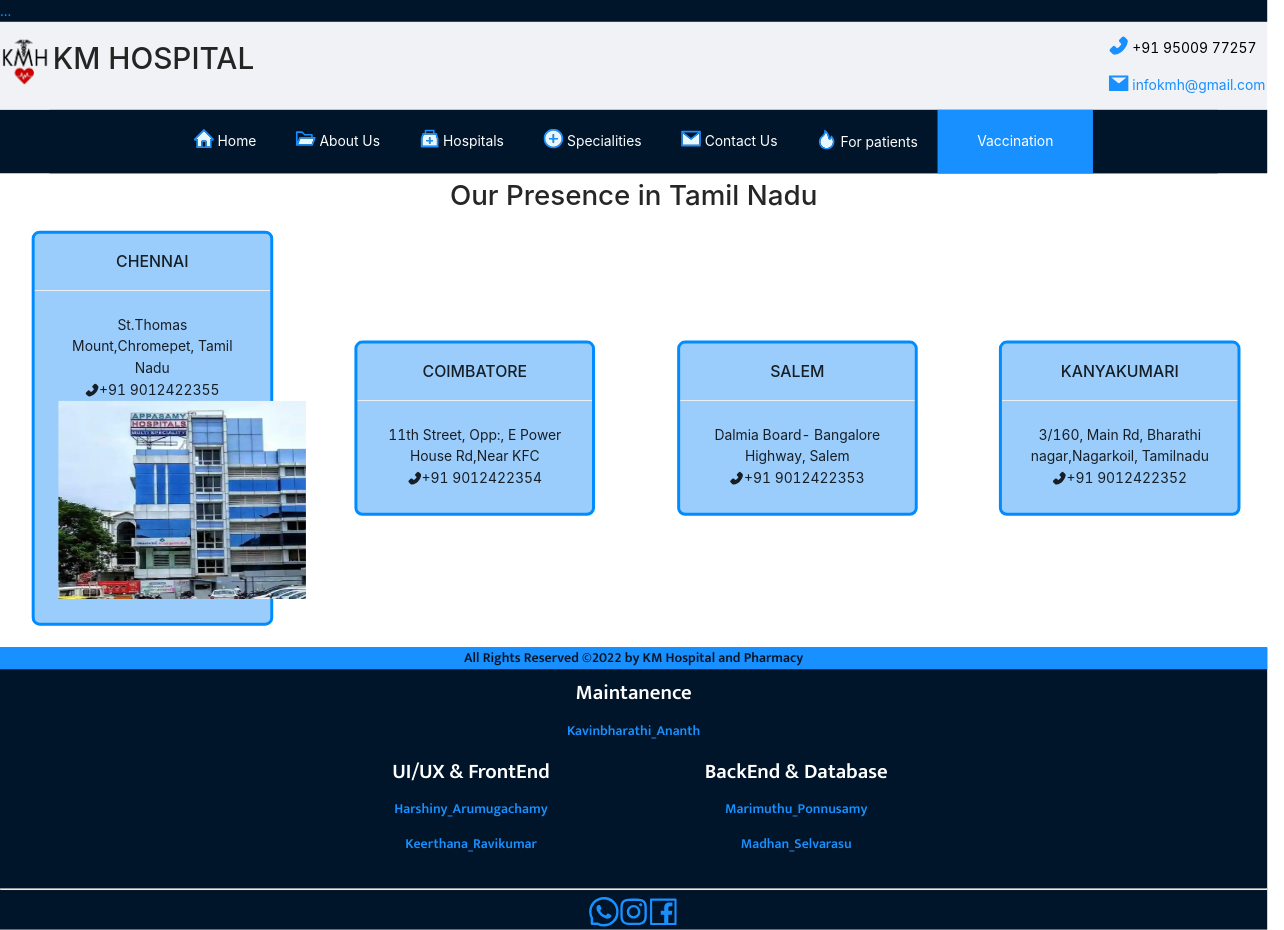
Repository: marimuthu1001/KHM-hospital
Page: /hospitals (app in km-hospital/)
These files come from the project's save history. The page is drawn as it stood at one moment and after the next save; the edit follows.
The browser window is 1280 px wide. The page is 1297 px wide, so the pictures cover 1297 px, including what lies to the right of the window. The pictures show the whole page, at 99% of full size.
The project was rebuilt for these pictures with package versions that can differ from the ones it lists, and the page was loaded fresh each time. Also part of the build but not shown: km-hospital/src/firebase.js, km-hospital/src/Pages/Home.jsx, km-hospital/src/Pages/ContactUs.jsx, km-hospital/src/Pages/AboutUS.jsx, km-hospital/src/Styles/Specialities.module.css, km-hospital/src/Pages/Specialities.jsx, km-hospital/src/Pages/For Patients/Bmi_Calculator.jsx, km-hospital/src/Styles/Appointment.module.css and 3 more.

Above is the page before, as saved 2022-01-27 15:18:15.

### km-hospital/public/index.html
<!DOCTYPE html>
<html lang="en">
  <head>
    <meta charset="utf-8" />
    <link rel="icon" href="%PUBLIC_URL%/favicon.ico" />
    <meta name="viewport" content="width=device-width, initial-scale=1" />
    <meta name="theme-color" content="#000000" />
    <meta
      name="description"
      content="Web site created using create-react-app"
    />
    <link rel="apple-touch-icon" href="%PUBLIC_URL%/logo192.png" />
    <!--
      manifest.json provides metadata used when your web app is installed on a
      user's mobile device or desktop. See https://developers.google.com/web/fundamentals/web-app-manifest/
    -->
    <link rel="manifest" href="%PUBLIC_URL%/manifest.json" />
    <!--
      Notice the use of %PUBLIC_URL% in the tags above.
      It will be replaced with the URL of the `public` folder during the build.
      Only files inside the `public` folder can be referenced from the HTML.

      Unlike "/favicon.ico" or "favicon.ico", "%PUBLIC_URL%/favicon.ico" will
      work correctly both with client-side routing and a non-root public URL.
      Learn how to configure a non-root public URL by running `npm run build`.
    -->
    <title>KM HOSPITAL | HOME</title>
  </head>
  <body>
    <noscript>You need to enable JavaScript to run this app.</noscript>
    <div id="root"></div>
    <!--
      This HTML file is a template.
      If you open it directly in the browser, you will see an empty page.

      You can add webfonts, meta tags, or analytics to this file.
      The build step will place the bundled scripts into the <body> tag.

      To begin the development, run `npm start` or `yarn start`.
      To create a production bundle, use `npm run build` or `yarn build`.
    -->
  </body>
</html>

### km-hospital/src/index.js
import React from 'react';
import ReactDOM from 'react-dom';
import 'antd/dist/antd.min.css'
import './index.css'
import App from './App';


ReactDOM.render(
  <React.StrictMode>
    <App />
  </React.StrictMode>,
  document.getElementById('root')
);

### km-hospital/src/index.css
@import '~antd/dist/antd.css';

.ant-menu:not(.ant-menu-horizontal) .ant-menu-item-selected {
	background: transparent;
}

.ant-menu{
    background: red;
    }

### km-hospital/src/App.js
import Nav from  './components/Nav'
import Footer from './components/Footer'
import Home from './Pages/Home'
import ContactUs from './Pages/ContactUs'
import AboutUs from './Pages/AboutUS'
import Specialities from './Pages/Specialities'
import BmiCalculator from './Pages/For Patients/Bmi_Calculator'
import Appointment from './Pages/For Patients/BookAppointment'
import Hospitals from './Pages/Hospitals'
import {BrowserRouter as Router, Route,Routes} from 'react-router-dom'

import Feedback from './Pages/Feedback'

function App() {
  return (
    <Router>
        <div className="App">
          <Nav/>
          <Routes>
            <Route exact path="/" element={<Home/>}/>
            <Route exact path="/contactus" element={<ContactUs/>}/>
            <Route exact path="/aboutus" element={<AboutUs/>}/>
            <Route exact path="/specialities" element={<Specialities/>}/>
            <Route exact path="/bmicalculator" element={<BmiCalculator/>}/>
            <Route exact path="/bookappointment" element={<Appointment/>}/>
            <Route exact path="/hospitals" element={<Hospitals/>}/>
            <Route exact path="/feedback" element={<Feedback/>}/>
          </Routes>

          <Footer/>
        </div>
    </Router>

  );
}

export default App;

### km-hospital/src/components/Nav.jsx
import React from 'react'

import Styles from '../Styles/Nav.module.css'
import { Layout, Menu, Dropdown,Row,Col } from 'antd';
import Logo from '../Images/Logo.png'

import {HomeTwoTone,
    FolderOpenTwoTone,
    MedicineBoxTwoTone,
    PlusCircleTwoTone,
    FireTwoTone ,
    MailTwoTone,
    PhoneFilled,
    MailFilled,

    } from '@ant-design/icons'

function Nav() {
  const menu = (
    <Menu>

            <Menu.Item key="1">Covid Dose</Menu.Item>
            <Menu.Item key="2">Covid Booster</Menu.Item>
            <Menu.Item key="3">Polio Vaccine</Menu.Item>
            <Menu.Item key="4">Chicken pox Vaccine</Menu.Item>
      </Menu>
  )
const patients = (
  <Menu>
         <a href="bmicalculator"> <Menu.Item key="1">Health Checkup Package</Menu.Item></a>
         <a href="bmicalculator"><Menu.Item key="2">Medicines</Menu.Item></a>
          <a href="bmicalculator"><Menu.Item key="3">Symptoms</Menu.Item></a>
          <a href="/bookappointment"> <Menu.Item key="4">Book an Appointment</Menu.Item></a>
          <a href="bmicalculator"><Menu.Item key="5">BMI Calculator</Menu.Item></a>

    </Menu>

  )

  const { Header} = Layout;
    return (

      <Layout>
        <p className={Styles.line}>...</p>
        <div className={Styles.head} >
            <Row gutters={[16,16]}>
              <Col md={{span:2}} lg={{span:1}}>
              <div className="logo">
              <img src={Logo} alt="Logo" widht={50} height={50}/>
            </div>
              </Col>
              <Col md={{span:6}} lg={{span:4}}>
              <h1>KM HOSPITAL</h1>
              </Col>
              <Col md={{span:8}} lg={{span:16}}></Col>
              <Col md={{span:5}} lg={{span:3}}>
              <div className={Styles.contactHead}>
                <p style={{color:'black'}}><PhoneFilled  style= {{ fontSize: '20px',color: '#1890ff'  }} />&nbsp;+91 95009 77257</p>
                <p><a href="mailto:infokmh@gmail.com"><MailFilled style= {{ fontSize: '20px',color: '#1890ff'  }} />&nbsp;infokmh@gmail.com</a></p>
               </div>
              </Col>
            </Row>
        </div>



      <Header className="header">
      <div className="menubar">
        <Menu style={{
            position: 'relative',
            display: 'flex',
            justifyContent: 'center',

        }} theme="dark" mode="horizontal" defaultSelectedKeys={['1']}>
     <a href="/">
          <Menu.Item key="7"><HomeTwoTone style={{fontSize:20}}/>&nbsp;Home</Menu.Item>
     </a>
     <a href="/aboutus">
          <Menu.Item key="2"><FolderOpenTwoTone style={{fontSize:20}}/>&nbsp;About Us</Menu.Item>
     </a>
     <a href="/hospitals">
          <Menu.Item key="3"><MedicineBoxTwoTone style={{fontSize:20}}/>&nbsp;Hospitals</Menu.Item>
     </a>
     <a href="/specialities">
          <Menu.Item key="4"><PlusCircleTwoTone style={{fontSize:20}}/>&nbsp;Specialities</Menu.Item>
     </a>
     <a href="/contactus">
          <Menu.Item  key="6"> <MailTwoTone style={{fontSize:20}}/>&nbsp;Contact Us</Menu.Item>
     </a>
          <Dropdown  overlay={patients} placement="topCenter">
              <Menu.Item key="5"><FireTwoTone style={{fontSize:20}}/>&nbsp;For patients</Menu.Item>
          </Dropdown>

          <Menu.Item key="1">
          <Dropdown  overlay={menu} placement="topCenter">
                    <Menu.Item>Vaccination</Menu.Item>
          </Dropdown>
          </Menu.Item>


        </Menu>  </div>
      </Header>


        </Layout>


    )
}

export default Nav

### km-hospital/src/components/Footer.jsx
import React from 'react'
import Styles from '../Styles/Footer.module.css'
import { Row, Col } from 'antd';
import {WhatsAppOutlined,
    InstagramOutlined,
    FacebookOutlined} from '@ant-design/icons'
function Footer() {
    return (
        <div  >
            <div className={Styles.footer}>


                <div className={Styles.footerContent}>
                    <div sm={1}  md={6} lg={8}  className={Styles.footerTitle}>
                        <h4>All Rights Reserved &copy;2022 by KM Hospital and Pharmacy</h4>
                    </div>


                <div className={Styles.maintain}>
                    <h2>Maintanence</h2>
                    <p>Kavinbharathi_Ananth</p>
                </div>

                <Row className={Styles.design} gutter={[34, 18]}>
                <Col xs={24} md={6}/>
                    <Col xs={24} md={6}>
                        <div>
                            <h2 className={Styles.headDecoration}>UI/UX & FrontEnd</h2>
                            <div className={Styles.decoration}>
                                <p>Harshiny_Arumugachamy</p>
                                <p>Keerthana_Ravikumar</p>
                            </div>
                        </div>
                    </Col>
                    <Col xs={24} md={6}>
                        <div>
                        <h2 className={Styles.headDecoration}>BackEnd & Database</h2>
                            <div className={Styles.decoration}>
                                <p>Marimuthu_Ponnusamy</p>
                                <p>Madhan_Selvarasu</p>
                            </div>
                        </div>
                    </Col>
                    <Col xs={24} md={6}/>
                        <Col sm={{ span: 5, offset: 0 }} md={{ span: 5, offset: 0 }} lg={{ span: 6, offset:0  }}> </Col>
                </Row>


<hr/>


                <Row  className={Styles.social}>
                    <Col sm={{span:2}} md={{span:8}} lg={{span:8}}><WhatsAppOutlined style={{fontSize: '30px' }} /></Col>
                    <Col sm={{span:2}} md={{span:8}} lg={{span:8}}><InstagramOutlined style={{fontSize: '30px' }} /></Col>
                    <Col sm={{span:2}} md={{span:8}} lg={{span:8}}><FacebookOutlined style={{fontSize: '30px' }} /></Col>
                </Row>
            </div>
        </div>
        </div>
    )
}

export default Footer

### km-hospital/src/Pages/Hospitals.jsx
import React from 'react';
import { Card, Col, Row  } from 'antd';
import Styles from '../Styles/ContactUs.module.css'
import {PhoneFilled} from '@ant-design/icons'
import Img1 from '../Images/Hospitals/hsptl (16).jpeg'
function Hospitals() {
  return (<div>
      <h1 style={{textAlign:"Center"}}>Our Presence in Tamil Nadu</h1>
            <div className="site-card-wrapper">
                    <Row className={Styles.locations} justify="space-around" align="middle" gutter={28}>
                        {/* <Col sm={{span:2}} md={{span:5}}  lg={{span:4}}></Col> */}
                        <Col  sm={{span:1}} md={{span:5}}  lg={{span:5}} >
                            <Card className={Styles.card} title="CHENNAI" bordered={true} hoverable={true}>
                            St.Thomas Mount,Chromepet, Tamil Nadu <br/> <PhoneFilled />+91 9012422355
                            <img src={Img1} alt="Hospital"  width={250} height={200}/>
                            </Card>
                        </Col>
                        <Col sm={{span:1}} md={{span:5}} lg={{span:5}} >
                            <Card  className={Styles.card} title="COIMBATORE" bordered={true} hoverable={true}>
                           11th Street, Opp:, E Power House Rd,Near KFC <br/> <PhoneFilled />+91 9012422354
                            </Card>
                        </Col>
                        <Col sm={{span:1}} md={{span:5}} lg={{span:5}}>
                            <Card className={Styles.card} title="SALEM" bordered={true} hoverable={true}>
                           Dalmia Board- Bangalore Highway, Salem  <br/> <PhoneFilled />+91 9012422353
                            </Card>
                        </Col>
                        <Col sm={{span:1}} md={{span:5}} lg={{span:5}}>
                            <Card className={Styles.card} title="KANYAKUMARI" bordered={true} hoverable={true}>
                             3/160, Main Rd, Bharathi nagar,Nagarkoil, Tamilnadu  <br/> <PhoneFilled />+91 9012422352
                            </Card>
                        </Col>
                        {/* <Col sm={{span:3}} md={{span:5}}  lg={{span:4}}></Col> */}
                    </Row>
              <br/>
                </div>
  </div>);
}

export default Hospitals;

### km-hospital/src/Styles/Nav.module.css
*{
    margin-top:0px;
}
.line{
    background-color:#001529;
    color:#1890ff;
}
.head h1{
    font-size: 30px;
}
.menubar .Menu.item{
    margin-left:20%;
}
a{
    text-decoration: none;
}
a:hover{
    background-color:#1890ff;
}

### km-hospital/src/Styles/Footer.module.css
@import url('https://fonts.googleapis.com/css2?family=Mukta:wght@600&display=swap');
.footer{
    background-color:#001529;
    font-family: 'Mukta', sans-serif;
    color:#1890ff;
    position:relative;
    text-align:center
}
.footer h2{
    color:#ffffff
}
.footer .footerTitle{
    color:rgb(255, 255, 255);
    background-color:#1890ff
}
.footer .social{
    text-align:center;
    display:inline-flex;
}
.social li{
    list-style-type: none;
}
.decoration{
    list-style-type:none;
    text-align:center
}
.headDecoration{
    text-align:center
}

### km-hospital/src/Styles/Home.module.css
@import url('https://fonts.googleapis.com/css2?family=Josefin+Sans:wght@700&display=swap');
.card{
    background-color:#1890ff;
    height:120px;
    border: 1px solid #001529;
    border-radius:14px;
}
.title{
    font-family: 'Josefin Sans', sans-serif;
}

### km-hospital/src/Styles/ContactUs.module.css
.title{
    text-align:center;
}
.card{
    border:3px solid #008cff;
    border-radius:8px;
    text-align: center;
    background-color:#9bcdfc;
}
.card:hover{
    border:3px solid #1890ff;
    box-shadow: 8px 8px 8px #9bcdfc ;
}
.locations{

    padding-left:5px;
}
.btn{
    width:28%;
}
.form{
    border-radius:20px;
    border:1px solid #000;
    box-shadow:5px 5px 5px rgb(0, 0, 0);
    padding-top:20px;
}

### km-hospital/src/Styles/bmiCalc.module.css
@import url('https://fonts.googleapis.com/css2?family=Poppins:wght@400&display=swap');

.aboutContent{
    margin:0 10%;
    text-align: center;
    font-family: 'Poppins', sans-serif;
    font-weight:block;
}
 .bmiFormula{

    border:1px solid #5465ff
}

After the next save:
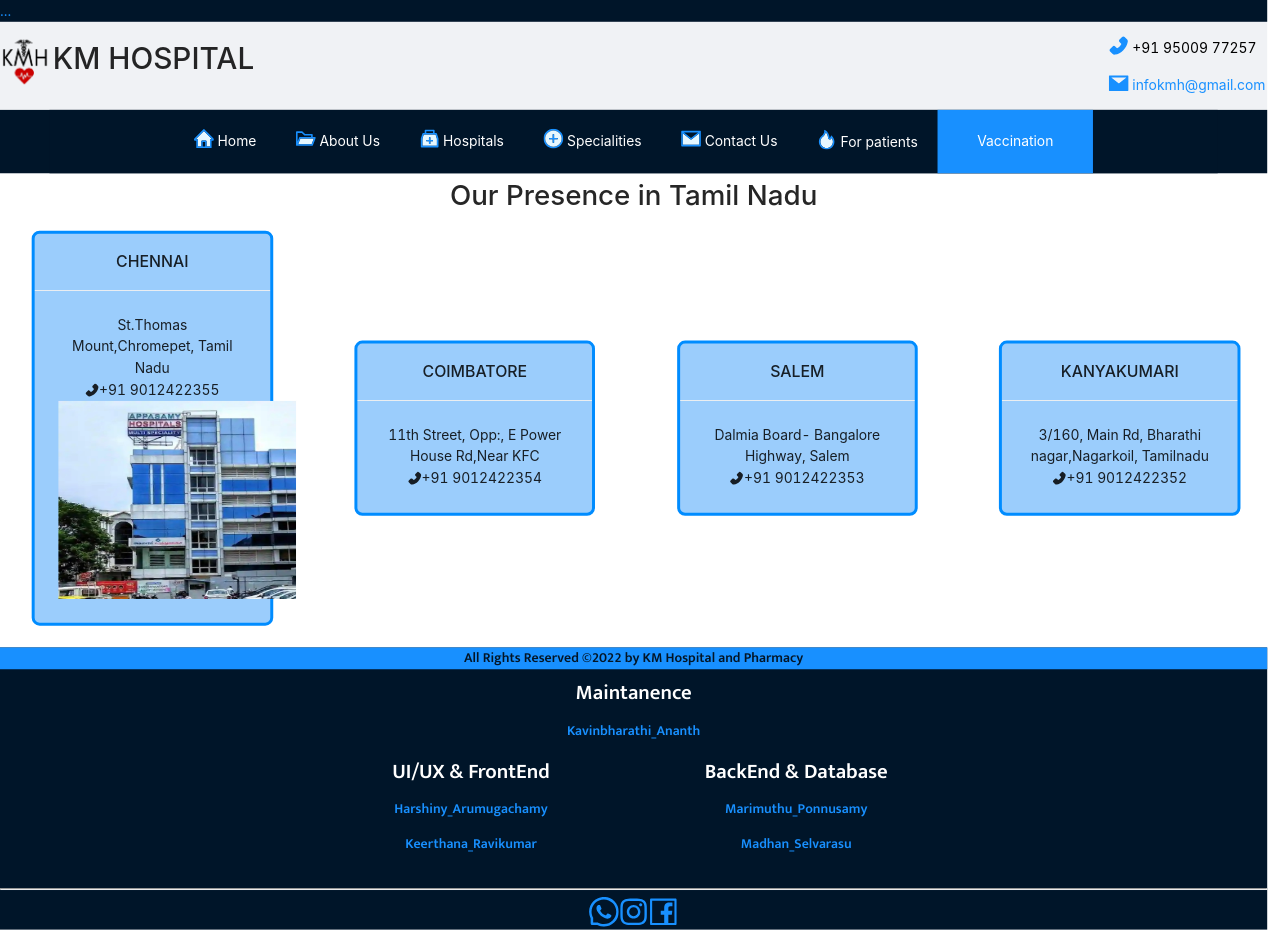
Saved 7 s later.
--- a/km-hospital/src/Pages/Hospitals.jsx
+++ b/km-hospital/src/Pages/Hospitals.jsx
@@ -12,7 +12,7 @@ function Hospitals() {
                         <Col  sm={{span:1}} md={{span:5}}  lg={{span:5}} >
                             <Card className={Styles.card} title="CHENNAI" bordered={true} hoverable={true}>
                             St.Thomas Mount,Chromepet, Tamil Nadu <br/> <PhoneFilled />+91 9012422355
-                            <img src={Img1} alt="Hospital"  width={250} height={200}/>
+                            <img src={Img1} alt="Hospital"  width={240} height={200}/>
                             </Card>
                         </Col>
                         <Col sm={{span:1}} md={{span:5}} lg={{span:5}} >
